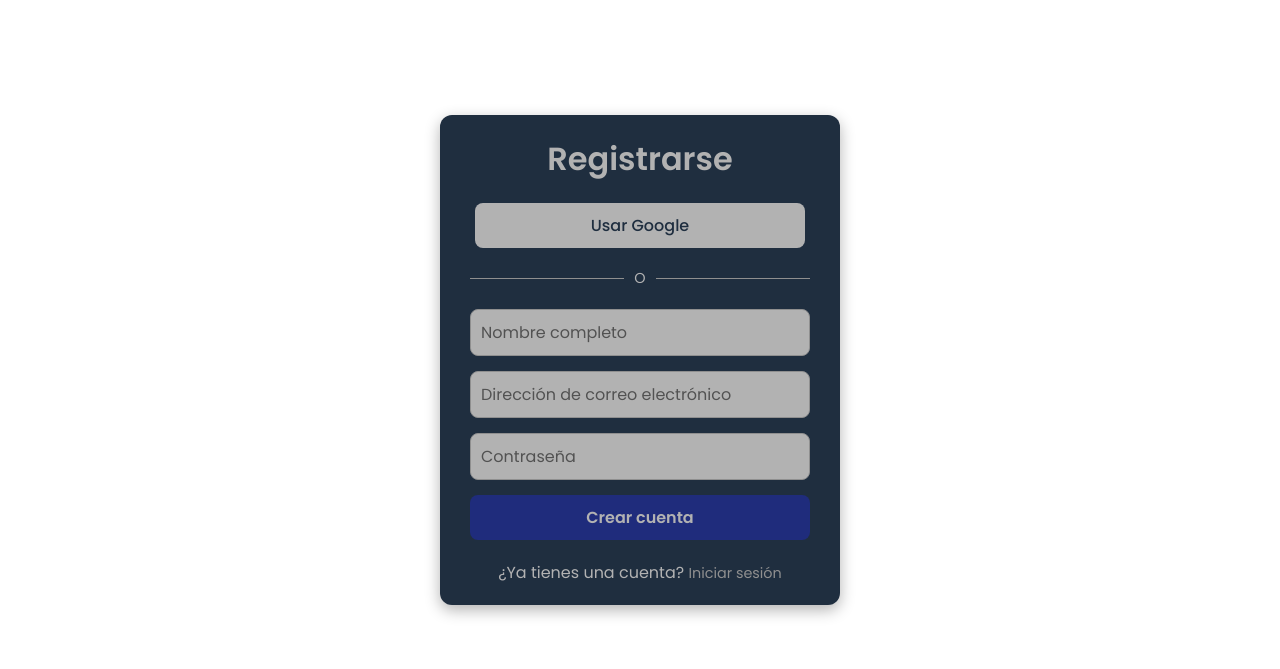
Repository: ct24paolagonzalez/Maquetacion-ABA
Page: Nueva carpeta/signup.html
The author's editor kept a copy of each file at every save. The page is drawn from the files as they stood at one save, then again after the next save.
The browser window is 1280 px wide. The pictures show the whole page.

Above is the page before, as saved 2025-01-24 16:40:25.

### Nueva carpeta/signup.html
<!DOCTYPE html>
<html lang="en">
<head>
    <meta charset="UTF-8">
    <meta name="viewport" content="width=device-width, initial-scale=1.0">
    <title>Signup/Login Form</title>
    <link href="https://fonts.googleapis.com/css2?family=Poppins:wght@300;400;500;600;700;800&display=swap" rel="stylesheet">
    <style>
        * {
            margin: 0;
            padding: 0;
            box-sizing: border-box;
            font-family: 'Poppins', sans-serif;
        }

        body {
            display: flex;
            justify-content: center;
            align-items: center;
            height: 100vh;
            background-color: white ;
            background-size: cover;
            background-position: center;
            filter: brightness(70%) saturate(120%);
        }

        .container {
            position: relative;
            width: 400px;
            padding: 20px 30px;
            background-color: #2F4156;
            border-radius: 12px;
            box-shadow: 0 5px 15px rgba(0, 0, 0, 0.3);
            color: white;
        }

        .container header {
            font-size: 2rem;
            text-align: center;
            margin-bottom: 20px;
            font-weight: 600;
        }

        .social-buttons {
            display: flex;
            justify-content: space-between;
            margin-bottom: 20px;
        }

        .social-buttons button {
            flex: 1;
            margin: 0 5px;
            padding: 10px;
            border: none;
            border-radius: 8px;
            font-size: 1rem;
            background: white;
            color: #2F4156;
            font-weight: 500;
            cursor: pointer;
        }

        .separator {
            display: flex;
            align-items: center;
            margin: 20px 0;
        }

        .separator .line {
            flex: 1;
            height: 1px;
            background: #ccc;
        }

        .separator p {
            margin: 0 10px;
            color: white;
            font-size: 0.9rem;
        }

        form {
            display: flex;
            flex-direction: column;
        }

        form input {
            margin-bottom: 15px;
            padding: 10px;
            font-size: 1rem;
            border: 1px solid #ccc;
            border-radius: 8px;
            outline: none;
        }

        form .btn {
            padding: 10px;
            font-size: 1rem;
            border: none;
            border-radius: 8px;
            background: #303f9f;
            color: white;
            font-weight: 600;
            cursor: pointer;
            transition: background 0.3s ease;
        }

        form .btn:hover {
            background: #1d2b70;
        }

        .switch {
            text-align: center;
            margin-top: 20px;
        }

        .switch a {
            color: #ccc;
            text-decoration: none;
            font-size: 0.9rem;
        }

        .switch a:hover {
            color: white;
        }
    </style>
</head>
<body>
    <div class="container">
        <header>Registrarse</header>
        <div class="social-buttons">
            <button>Usar Google</button>
        </div>
        <div class="separator">
            <div class="line"></div>
            <p>O</p>
            <div class="line"></div>
        </div>
        <form>
            <input type="text" placeholder="Nombre completo">
         <input type="email" placeholder="Dirección de correo electrónico">
            <input type="password" placeholder="Contraseña">
            <button class="btn">Crear cuenta</button>
        </form>
        <div class="switch">
            <p>¿Ya tienes una cuenta? <a href="login.html">Iniciar sesión</a></p>
        </div>

    </div>
</body>
</html>

After the next save:
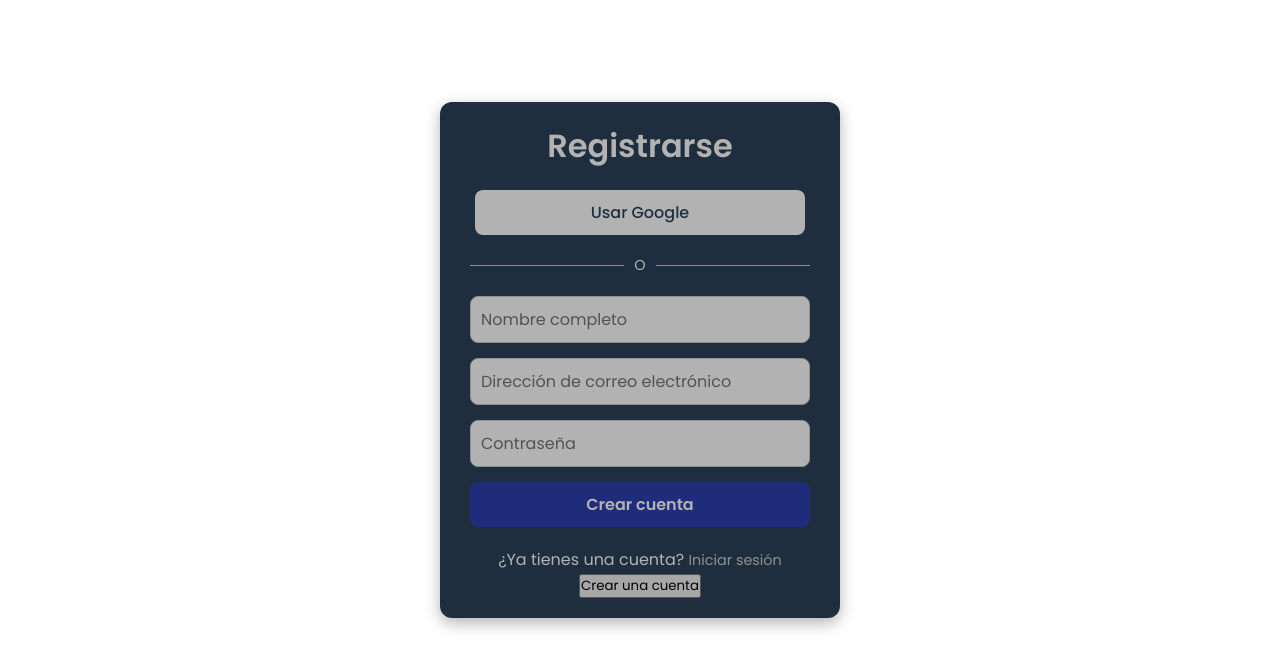
Saved 20 h 10 min later.
--- a/Nueva carpeta/signup.html
+++ b/Nueva carpeta/signup.html
@@ -143,6 +143,7 @@
         </form>
         <div class="switch">
             <p>¿Ya tienes una cuenta? <a href="login.html">Iniciar sesión</a></p>
+            <button class="button" onclick="window.open ('signup.html', '_blank')">Crear una cuenta</button>
         </div>
 
     </div>

After the 4 saves that followed:
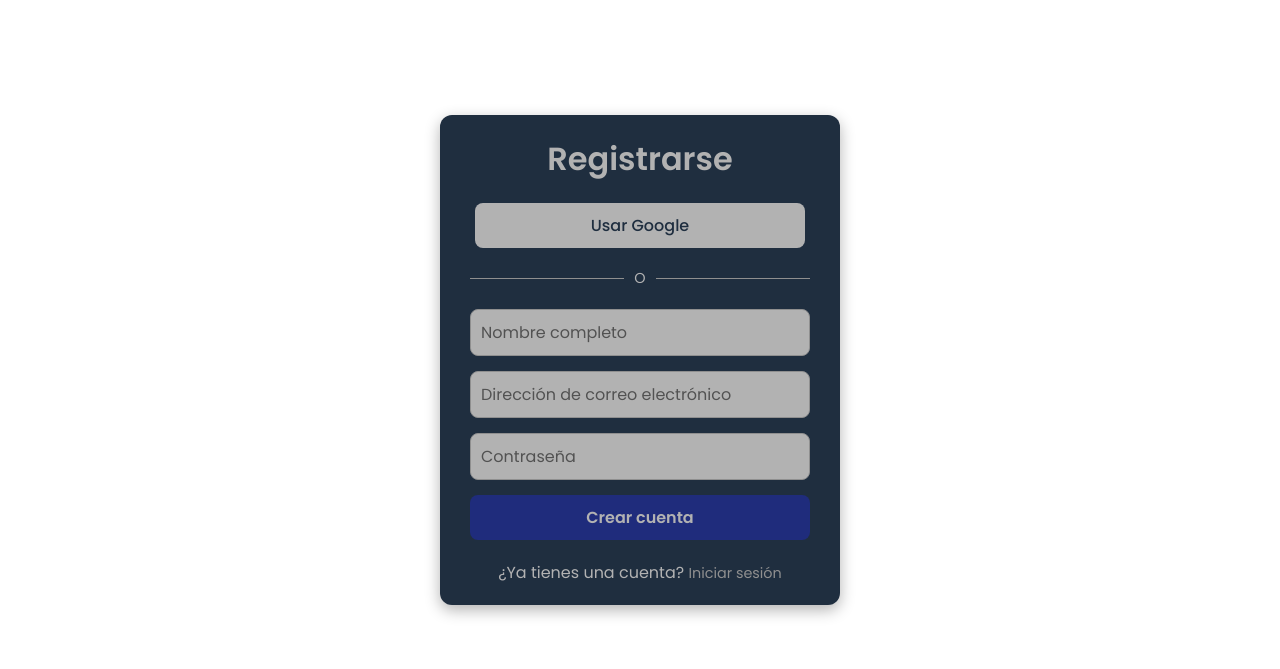
The 4 saves are shown as one change because 1 left the picture as it was and some came seconds apart.
The last was saved 83 s later.
--- a/Nueva carpeta/signup.html
+++ b/Nueva carpeta/signup.html
@@ -143,7 +143,6 @@
         </form>
         <div class="switch">
             <p>¿Ya tienes una cuenta? <a href="login.html">Iniciar sesión</a></p>
-            <button class="button" onclick="window.open ('signup.html', '_blank')">Crear una cuenta</button>
         </div>
 
     </div>
